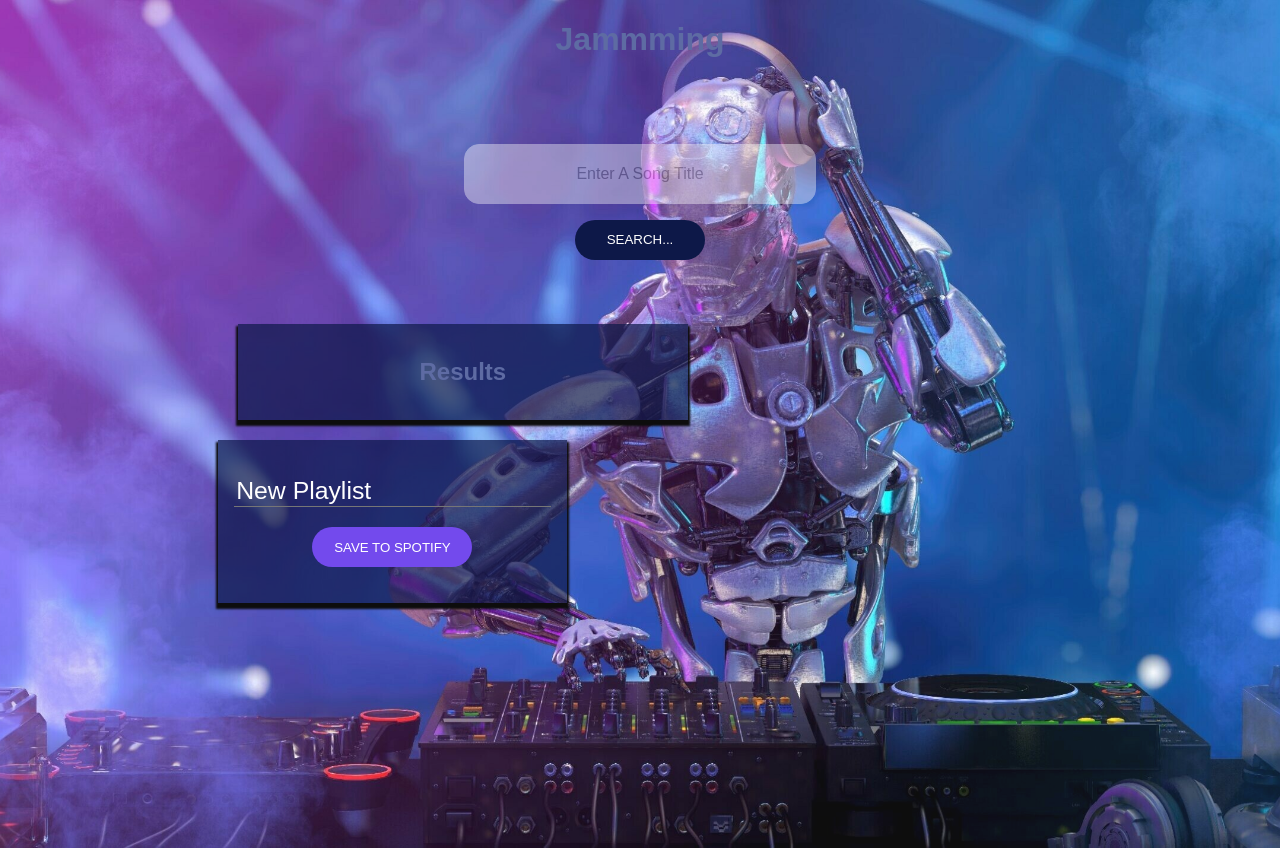
Repository: LolaSL/jamming
Page: /
These files come from the project's save history. The page is drawn as it stood at one moment and after the next save; the edit follows.
The browser window is 1280 px wide. The pictures show the whole page.
The project was rebuilt for these pictures with package versions that can differ from the ones it lists, and the page was loaded fresh each time. Also part of the build but not shown: src/components/Track/Track.css, src/components/Track/Track.jsx.

Above is the page before, as saved 2023-06-22 18:39:55.

After the next save:
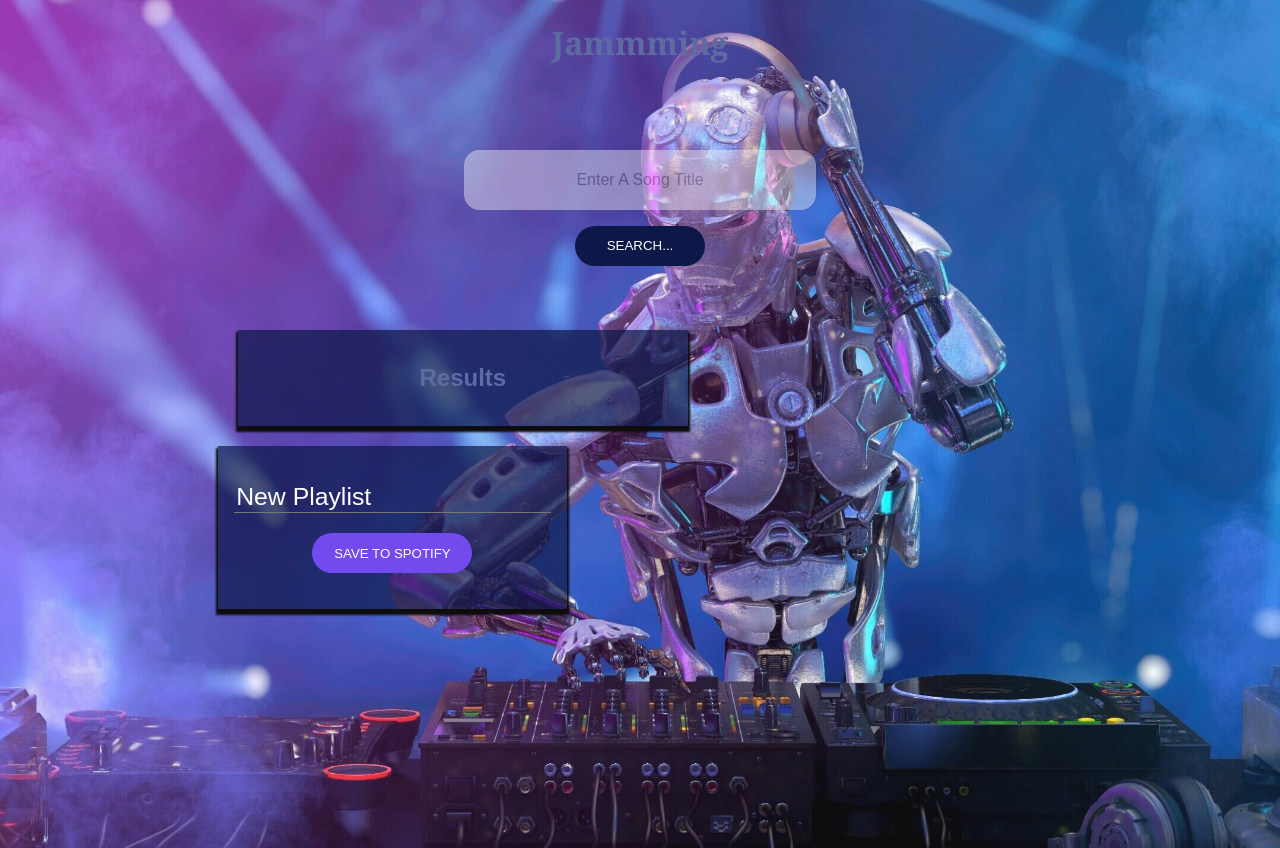
Saved 4 s later.
--- a/src/App/App.css
+++ b/src/App/App.css
@@ -20,5 +20,5 @@
   text-align: center;
 }
 h1{
-  font-family: ;
+  font-family:Cambria, Cochin, Georgia, Times, 'Times New Roman', serif;
 }

After the save that followed:
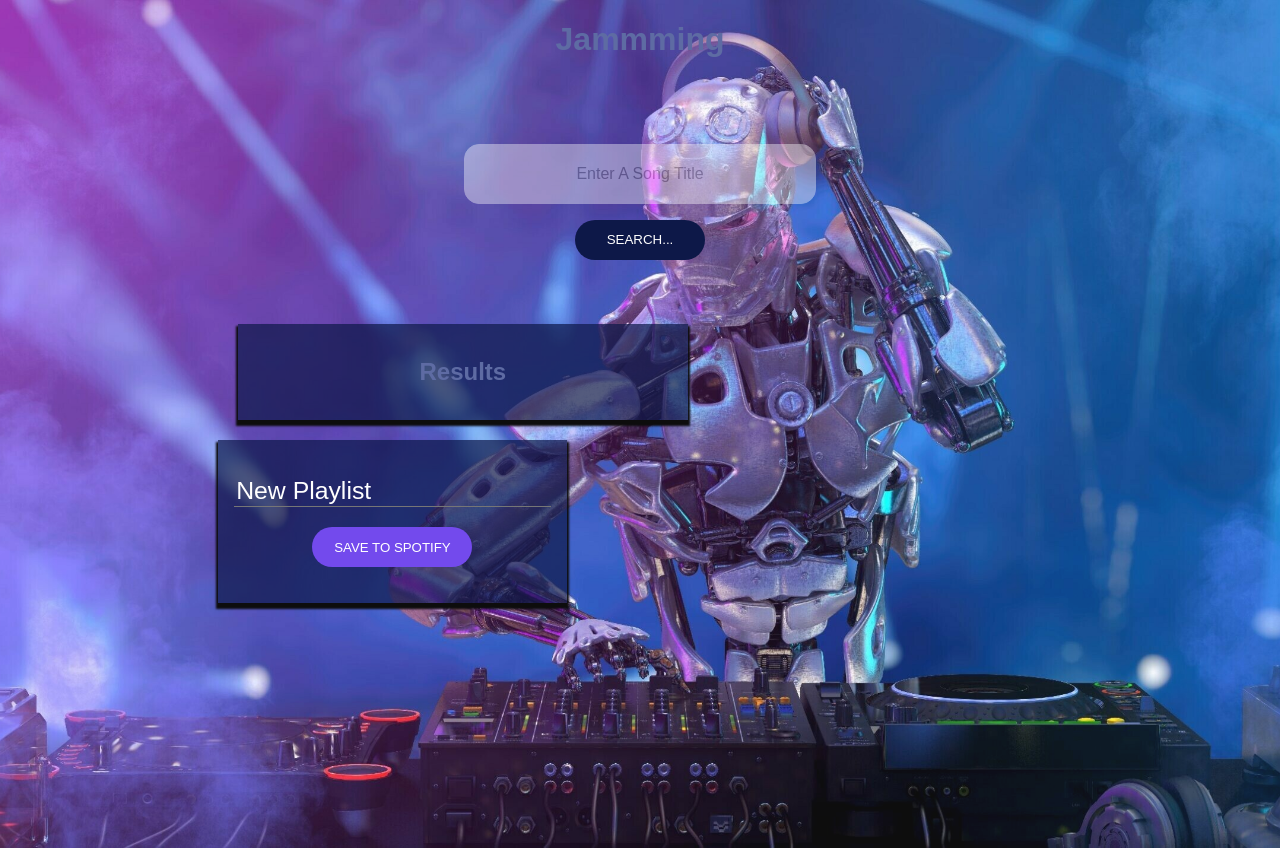
Saved 12 s later.
--- a/src/App/App.css
+++ b/src/App/App.css
@@ -20,5 +20,5 @@
   text-align: center;
 }
 h1{
-  font-family:Cambria, Cochin, Georgia, Times, 'Times New Roman', serif;
+  font-family: ;
 }
